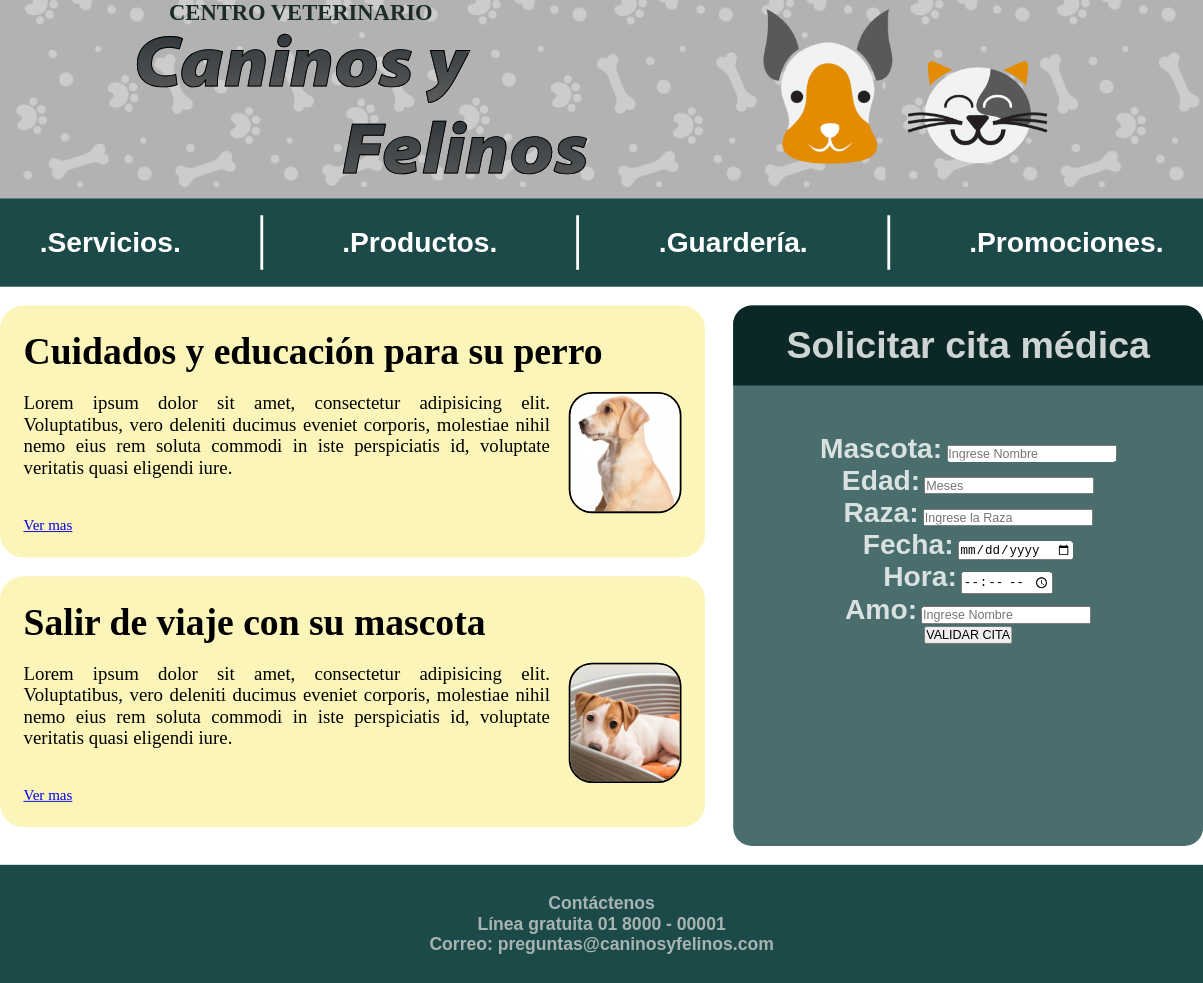
Repository: mariomr87/senaweb01
Page: principal.html
The author's editor kept a copy of each file at every save. The page is drawn from the files as they stood at one save, then again after the next save.
The browser window is 1280 px wide. The pictures show the whole page, at 94% of full size.

Above is the page before, as saved 2021-10-23 13:33:53.

After the next save:
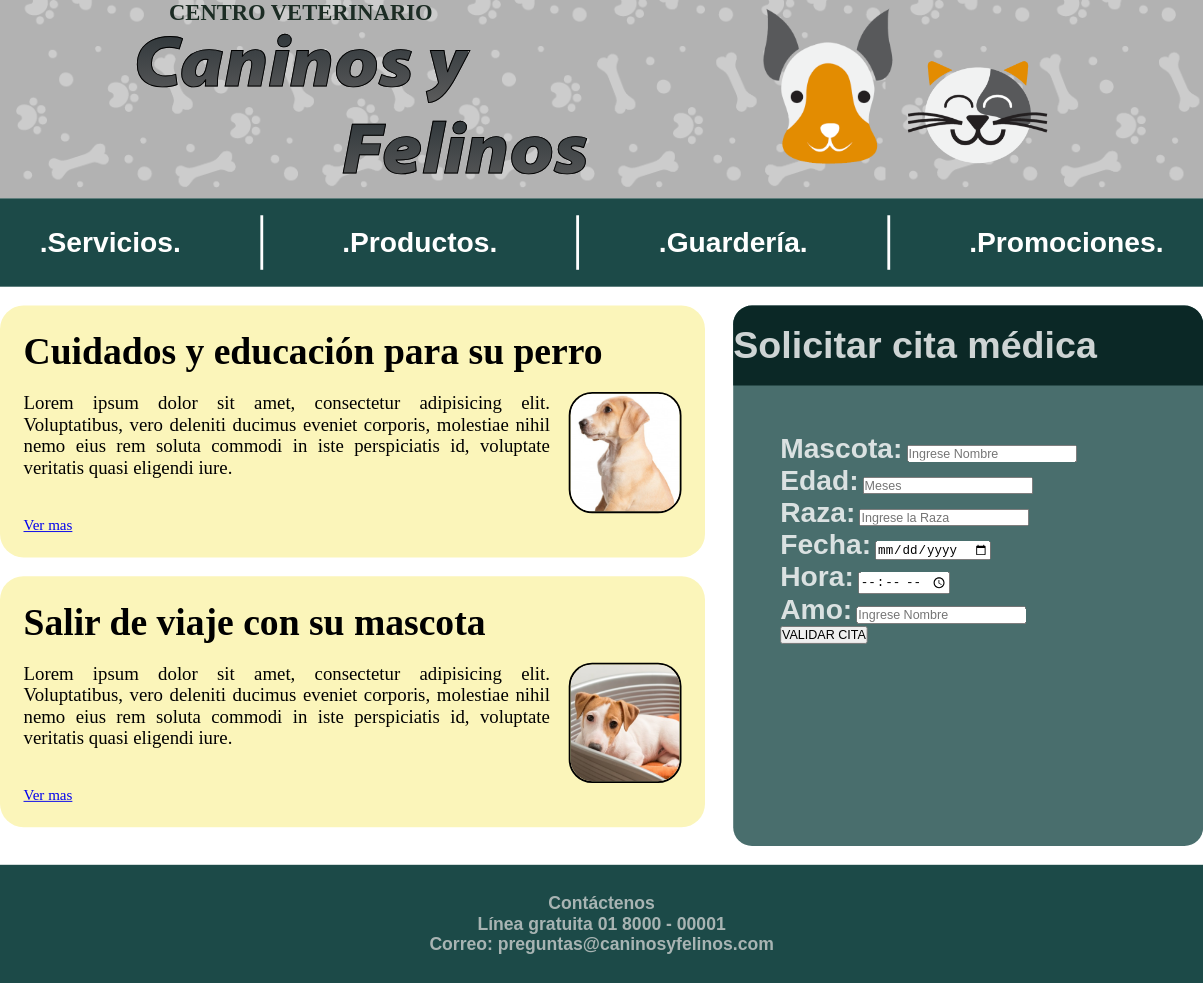
Saved 12 s later.
--- a/estilos.css
+++ b/estilos.css
@@ -121,7 +121,7 @@ aside{
     background: #496e6d;
     width: 40%;
     border-radius: 20px;
-    text-align: center;
+    text-align: left;
 }
 
 form label{
